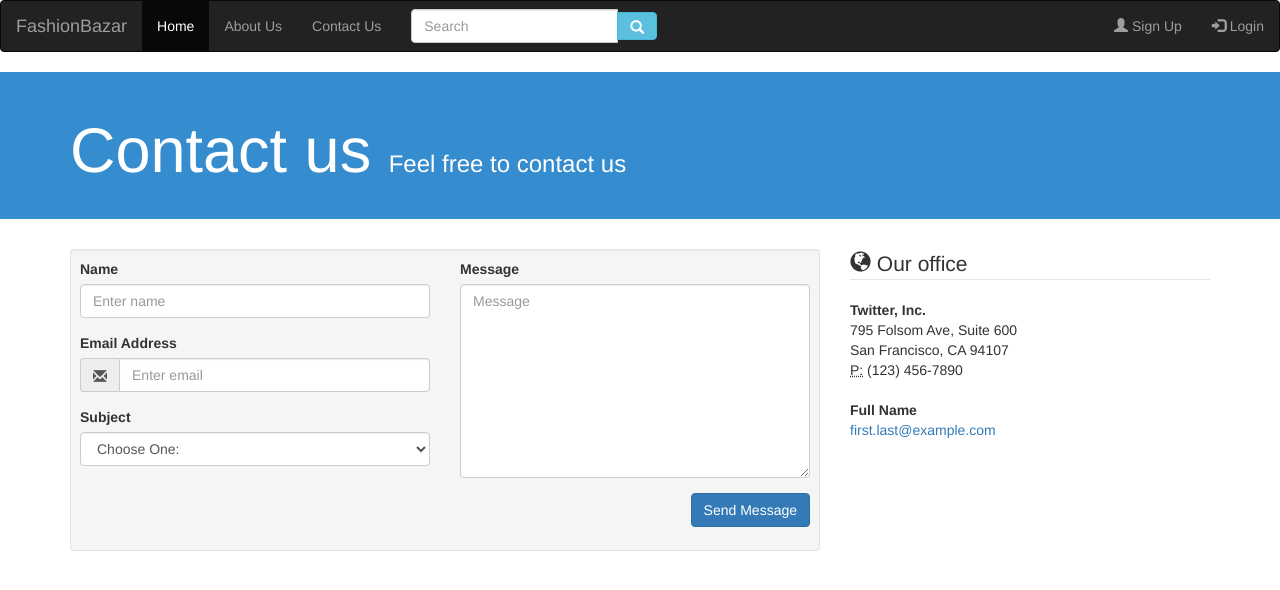
Repository: SmithaMendonca/Project-1
Page: http://localhost/FashionBazarFrontend/WEB-INF/views/ContactUs.jsp
An editor plug-in stored every save of this project. The page is shown before and after the next save, followed by the edit.
The browser window is 1280 px wide. The pictures show the whole page.
The page is served by Tomcat 9. Nobody is signed in. The template is opened directly, without the code that normally fills it, so the values that code supplies are empty.

Above is the page before, as saved 2019-06-06 07:16:53.

After the next save:
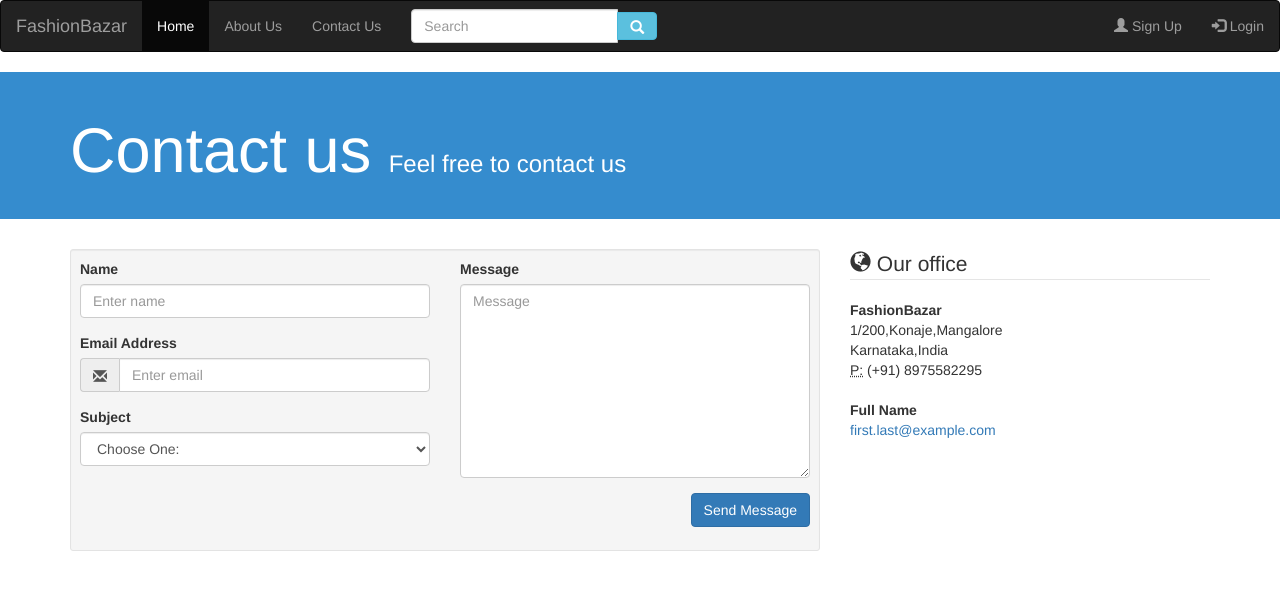
Saved 6 min 54 s later.
--- a/FashionBazarFrontend/src/main/webapp/WEB-INF/views/ContactUs.jsp
+++ b/FashionBazarFrontend/src/main/webapp/WEB-INF/views/ContactUs.jsp
@@ -81,12 +81,12 @@ font-size: 24px;
             <form>
             <legend><span class="glyphicon glyphicon-globe"></span> Our office</legend>
             <address>
-                <strong>Twitter, Inc.</strong><br>
-                795 Folsom Ave, Suite 600<br>
-                San Francisco, CA 94107<br>
+                <strong>FashionBazar</strong><br>
+                1/200,Konaje,Mangalore<br>
+                Karnataka,India<br>
                 <abbr title="Phone">
                     P:</abbr>
-                (123) 456-7890
+                (+91) 8975582295
             </address>
             <address>
                 <strong>Full Name</strong><br>
